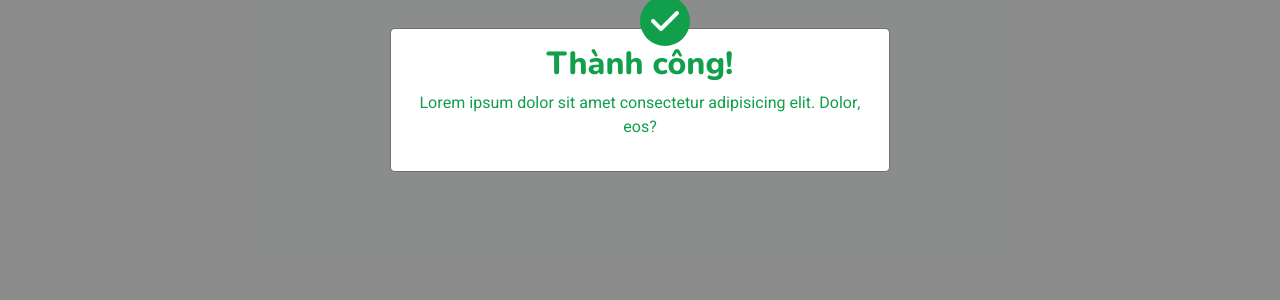
Repository: Dangtrinh28/thuymoc
Page: bookingSuccess.html
An editor plug-in stored every save of this project. The page is shown before and after a run of saves, followed by the edit.
The browser window is 1280 px wide. The pictures show the whole page.
Some web libraries are served in a nearby version.

Above is the page before, as saved 2022-11-25 04:12:36.

After the next 3 saves:
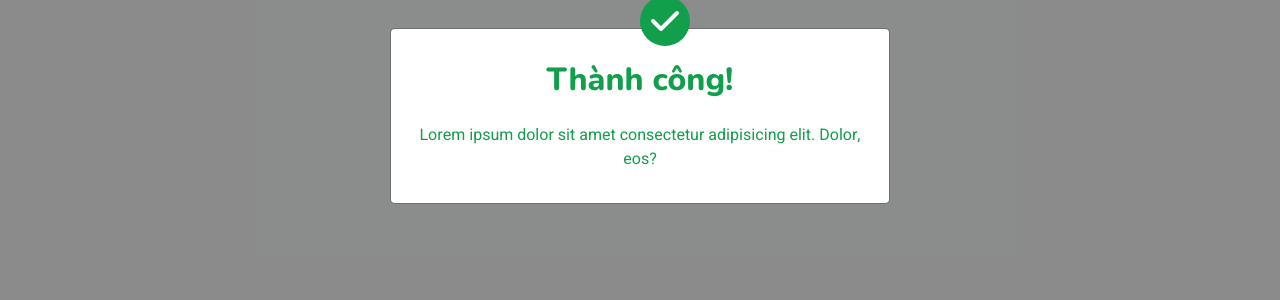
The 3 saves are shown as one change because they came seconds apart.
The last was saved 26 s later.
--- a/bookingSuccess.html
+++ b/bookingSuccess.html
@@ -41,7 +41,7 @@
                 <div class="modal-content">
                     <div class="modal-body text-primary text-center">
                         <i class="modal-body-icon  fa-solid fa-check mb-2"></i>
-                        <h2 class="text-primary">Thành công!</h2>
+                        <h2 class="text-primary p-3">Thành công!</h2>
                         <p>Lorem ipsum dolor sit amet consectetur adipisicing elit. Dolor, eos?</p>
                     </div>
                 </div>
